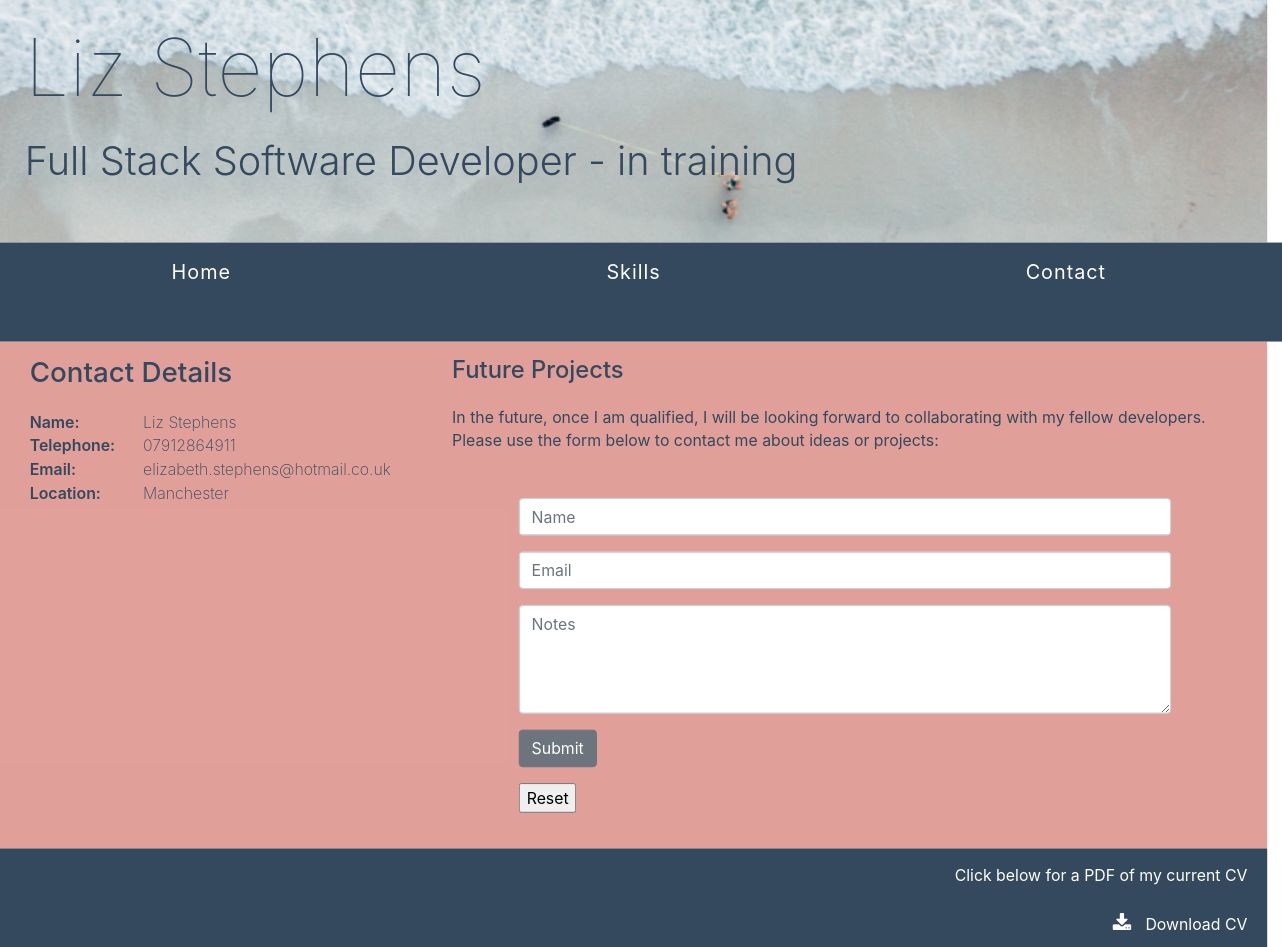
Repository: Liz94688/portfolio-site
Page: contact.html
The author's editor kept a record of every edit. The page is drawn from the files as they stood at one moment, then again after the next edit.
The browser window is 1280 px wide. The page is 1295 px wide, so the pictures cover 1295 px, including what lies to the right of the window. The pictures show the whole page, at 99% of full size.

Above is the page before.

### contact.html
<!DOCTYPE html>
<html lang="en">

<head>
    <meta charset="UTF-8">
    <meta name="viewport" content="width=device-width, initial-scale=1.0">
    <meta http-equiv="X-UA-Compatible" content="ie=edge">
    <link rel="stylesheet" href="https://stackpath.bootstrapcdn.com/bootstrap/4.3.1/css/bootstrap.min.css" type="text/css" />
    <link rel="stylesheet" href="https://stackpath.bootstrapcdn.com/font-awesome/4.7.0/css/font-awesome.min.css" type="text/css" />
    <link rel="stylesheet" href="assets/css/style.css" type="text/css" />
    <title>Liz Stephens Portfolio - Full Stack Web Developer</title>
</head>

<body>
    <header>
        <div class="row header-image">
            <div class="col">
                <h1 class="header-name">Liz Stephens</h1>
                <h2 class="header-title">Full Stack Software Developer - in training</h2>
            </div>
        </div>

        <div class="row header-nav">
            <div class="col">
                <ul id="nav" class="list-inline header-nav-container">
                    <li class="col-sm-4 header-nav-color-home header-nav-item list-inline-item">
                        <a href="#index.html"><span>Home</span></a>
                    </li>
                    <li class="col-sm-4 header-nav-color-skills header-nav-item list-inline-item">
                        <a href="#skills.html"><span>Skills</span></a>
                    </li>
                    <li class="col-sm-4 header-nav-color-contact header-nav-item list-inline-item">
                        <a href="#contact.html"><span>Contact</span></a>
                    </li>
                </ul>
            </div>
        </div>
        </div>
    </header>

    <section class="container-fluid contact-container">
        <div class="row contact-row">
            <div class="col-md-4 contact-info">
                <div class="col-12">
                    <h3 class="contact-details-title">
                        Contact Details
                    </h3>
                </div>
                <div class="col-12 contact-details-itemised">
                    <div class="key">
                        <p>Name:</p>
                    </div>
                    <div class="value">
                        <p>Liz Stephens</p>
                    </div>
                    <div class="key">
                        <p>Telephone:</p>
                    </div>
                    <div class="value">
                        <p>07912864911</p>
                    </div>
                    <div class="key">
                        <p>Email:</p>
                    </div>
                    <div class="value">
                        <p>elizabeth.stephens@hotmail.co.uk</p>
                    </div>
                    <div class="key">
                        <p>Location:</p>
                    </div>
                    <div class="value">
                        <p>Manchester</p>
                    </div>
                </div>
            </div>

            <div class="col-md-8 contact-form">
                <div class="col-12">
                    <h4 class="contact-form-title">
                        Future Projects
                    </h4>
                </div>
                <div class="col-12">
                    <p>In the future, once I am qualified, I will be looking forward to collaborating with my fellow developers. Please use the form below to contact me about ideas or projects: </p>
                </div>
                <div class="col-12 contact-groups">
                    <form class="centre-form">
                        <div class="form-group">
                            <input type="text" name="Name" class="form-control" placeholder="Name" required>
                        </div>
                        <div class="form-group">
                            <input type="email" name="Email" class="form-control" placeholder="Email" required>
                        </div>
                        <div class="form-group">
                            <textarea rows="4" name="Notes" class="form-control" placeholder="Notes"></textarea>
                        </div>
                        <div class="form-group">
                            <button type="submit" class="btn btn-secondary">Submit</button>
                        </div>
                        <div class="form-group">
                            <input type="reset" value="Reset">
                        </div>
                    </form>
                </div>
            </div>
        </div>
    </section>

    <footer class="container-fluid">
        <div class="row footer-nav">
            <div class="col footer-nav-item">
                <p>Click below for a PDF of my current CV</p>
                <a href="./assets/cv/Liz_CV.pdf" target="_blank"><i class="fa fa-download" aria-hidden="true"></i><span> Download CV </span></a>
            </div>
        </div>
    </footer>
</body>

</html>

### assets/css/style.css
@import url('https://fonts.googleapis.com/css?family=Montserrat&display=swap:100,200,300,400,500,600,700');

/*------------------------------Header*/

header {
    margin: 0;
    padding: 0;
}

.header-image {
    background-image: url('../images/welcome-view.jpg');
    background-position: center;
    background-repeat: no-repeat;
    background-size: cover;
    min-height: 240px;
    max-width: 100%;
    margin: 0;
    transition: all .5s ease-in-out;
    -moz-transition: all .5s ease-in-out;
    -webkit-transition: all .5s ease-in-out;
}

.header-name {
    font-weight: 100;
    font-size: 80px;
    color: #34495E;
    padding-top: 20px;
    padding-left: 25px;
}

.header-title {
    font-weight: 300;
    font-size: 40px;
    color: #34495E;
    padding-top: 15px;
    padding-bottom: 50px;
    padding-left: 25px;
}

/*------------------------------Header-Nav*/

.col {
    padding: 0;
}

li a {
    color: #fff;
    padding: 0;
    text-decoration: none;
}

.row {
    padding-bottom: 0;
}


.list-inline-item:not(:last-child) {
    margin: 0;
}

.header-nav-container {
    font-size: 0;
}

.col ul {
    margin-bottom: 0;
}

#nav li {
    padding: 0;
}

.header-nav-item {
    height: 100px;
    text-align: center;
}

.header-nav-item a {
    width: 100%;
    text-decoration: none;
    color: #fff;
}

.header-nav-item span {
    display: block;
    padding-top: 15px;
    font-size: 20px;
    letter-spacing: 1px;
}

/*------------------------------Navbar Colours/Background Colours*/

ul {
    background-color: #34495E;
}

.header-nav-color-home:hover {
    background-color: #4682B4;
}

.header-nav-color-skills:hover {
    background-color: #48D1CC;
}

.header-nav-color-contact:hover {
    background-color: #D98880;
}

.header-nav-color-home.active {
    background-color: #4682B4;
}

.header-nav-color-skills.active {
    background-color: #48D1CC;
}

.header-nav-color-contact.active {
    background-color: #D98880;
}

.home-bg-color {
    background-color: #4682B4;
}

/*------------------------------So far...*/

section {
    margin: 0;
    padding: 0;
}

.about-container {
    min-height: 500px;
    background-color: rgba(70, 130, 180, 0.8);
    color: #34495E;
    padding-bottom: 20px;
}

.so-far-title {
    padding-top: 20px;
    margin-bottom: 30px;
}

.so-far-title h3 {
    margin: 0;
}

.so-far-paragraph p {
    margin-bottom: 15px;
}

/*------------------------------Timeline*/

.timeline {
    position: relative;
    margin: 0 auto;
}

.timeline::after {
    content: '';
    position: absolute;
    width: 6px;
    background-color: #fff;
    top: 0;
    bottom: 0;
    left: 50%;
    margin-left: -2px;
}

.container {
    padding: 10px 20px;
    position: relative;
    background-color: #34495E;
    width: 50%;
    color: #fff;
    margin-left: 0;
}

.left {
    left: 0;
}

.right {
    left: 50%;
}

/*------------------------------Skills*/

.skills-container {
    margin: 0;
    min-height: 500px;
    background-color: rgba(72, 209, 204, 0.8);
    color: #34495E;
    padding-bottom: 20px;
}

.skills-title {
    padding-top: 20px;
    margin-bottom: 30px;
}

.skills-progression {
    margin-bottom: 30px;
}

.progress {
    height: 35px;
    margin-bottom: 15px;
    position: relative;
}

.progress-type {
    position: absolute;
    left: 0px;
    color: #283747;
    padding: 2px 30px 2px 5px;
}

/*------------------------------Contact Info*/

.contact-container {
    padding: 0;
    margin: 0;
    min-height: 500px;
    background-color: rgba(217, 136, 128, 0.8);
    color: #34495E;
}

.contact-row {
    margin-left: 0;
    margin-right: 0;
}

.contact-info {
    padding-top: 15px;
    margin-bottom: 20px;
}

.contact-details-title {
    margin-bottom: 20px;
}

.contact-details-itemised {
    margin-bottom: 20px;
}

.contact-details-itemised .key,
.contact-details-itemised .value {
    display: inline-block;
    padding-right: 10px;
}

.contact-details-itemised .key p,
.contact-details-itemised .value p {
    margin: 0;
}

.contact-details-itemised .key {
    width: 30%;
}

.contact-details-itemised .value {
    position: relative;
    width: 60%;
}

.contact-details-itemised .key p {
    font-weight: 600;
}

.contact-details-itemised .value p {
    font-weight: 200;
}

/*------------------------------Contact Form*/

.contact-form {
    padding-top: 15px;
    margin-bottom: 20px;
}

.contact-form-title {
    margin-bottom: 20px;
}

.contact-groups {
    padding: 0;
}

.centre-form {
    padding-top: 10px;
    margin: 0 auto;
    max-width: 70%;
}

/*------------------------------Footer*/

footer {
    min-height: 100px;
    margin: 0;
    padding: 0;
}

.footer-nav {
    background-color: #34495E;
}

.footer-nav-item {
    height: 100px;
    text-align: right;
    padding: 15px 20px;
    color: #fff;
}

.footer-nav-item a {
    text-decoration: none;
    color: #fff;
}

.footer-nav-item a i {
    font-size: 20px;
    padding: 10px;
}

/*------------------------------Media Queries*/

@media(max-width: 600px) {
    .header-title {
        font-weight: 200;
        font-size: 40px;
        color: #34495E;
        padding-top: 25px;
        padding-bottom: 40px;
        padding-left: 25px;
    }
}

@media(min-width: 768px) {
    .timeline::after {
        content: '';
        position: absolute;
        width: 12px;
        background-color: #fff;
        top: 0;
        bottom: 0;
        left: 50%;
        margin-left: -2px;
    }
}

@media(min-width: 992px) {
    .centre-form {
        padding-top: 30px;
        margin: 0 auto;
        max-width: 80%;
    }
}

After the next edit:
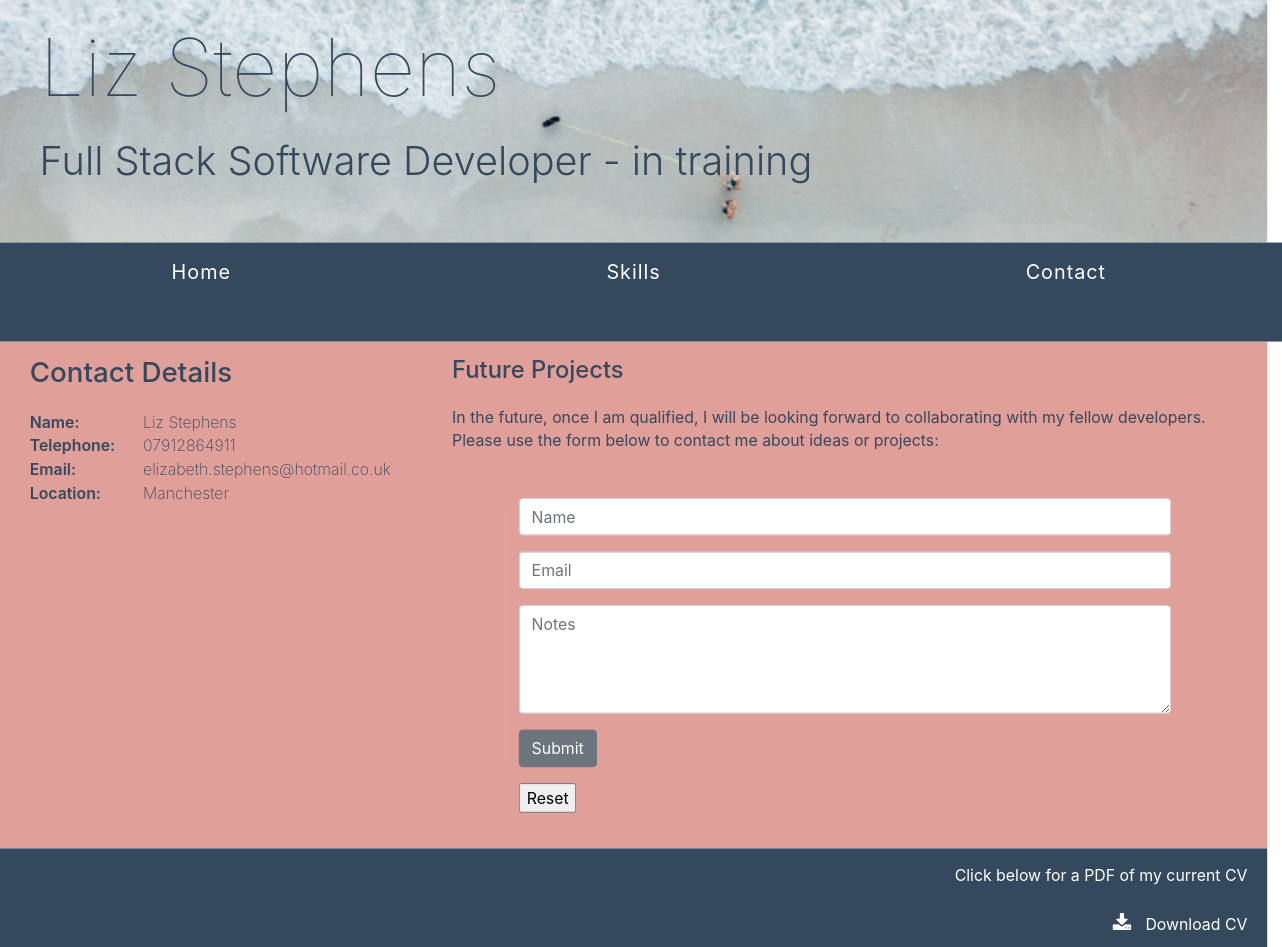
The edit:
--- a/contact.html
+++ b/contact.html
@@ -14,30 +14,27 @@
 <body>
     <header>
         <div class="row header-image">
-            <div class="col">
+            <div class="col-12">
                 <h1 class="header-name">Liz Stephens</h1>
                 <h2 class="header-title">Full Stack Software Developer - in training</h2>
             </div>
         </div>
-
         <div class="row header-nav">
             <div class="col">
                 <ul id="nav" class="list-inline header-nav-container">
                     <li class="col-sm-4 header-nav-color-home header-nav-item list-inline-item">
-                        <a href="#index.html"><span>Home</span></a>
+                        <a href="index.html"><span>Home</span></a>
                     </li>
                     <li class="col-sm-4 header-nav-color-skills header-nav-item list-inline-item">
-                        <a href="#skills.html"><span>Skills</span></a>
+                        <a href="skills.html"><span>Skills</span></a>
                     </li>
                     <li class="col-sm-4 header-nav-color-contact header-nav-item list-inline-item">
-                        <a href="#contact.html"><span>Contact</span></a>
+                        <a href="contact.html"><span>Contact</span></a>
                     </li>
                 </ul>
             </div>
         </div>
-        </div>
     </header>
-
     <section class="container-fluid contact-container">
         <div class="row contact-row">
             <div class="col-md-4 contact-info">
